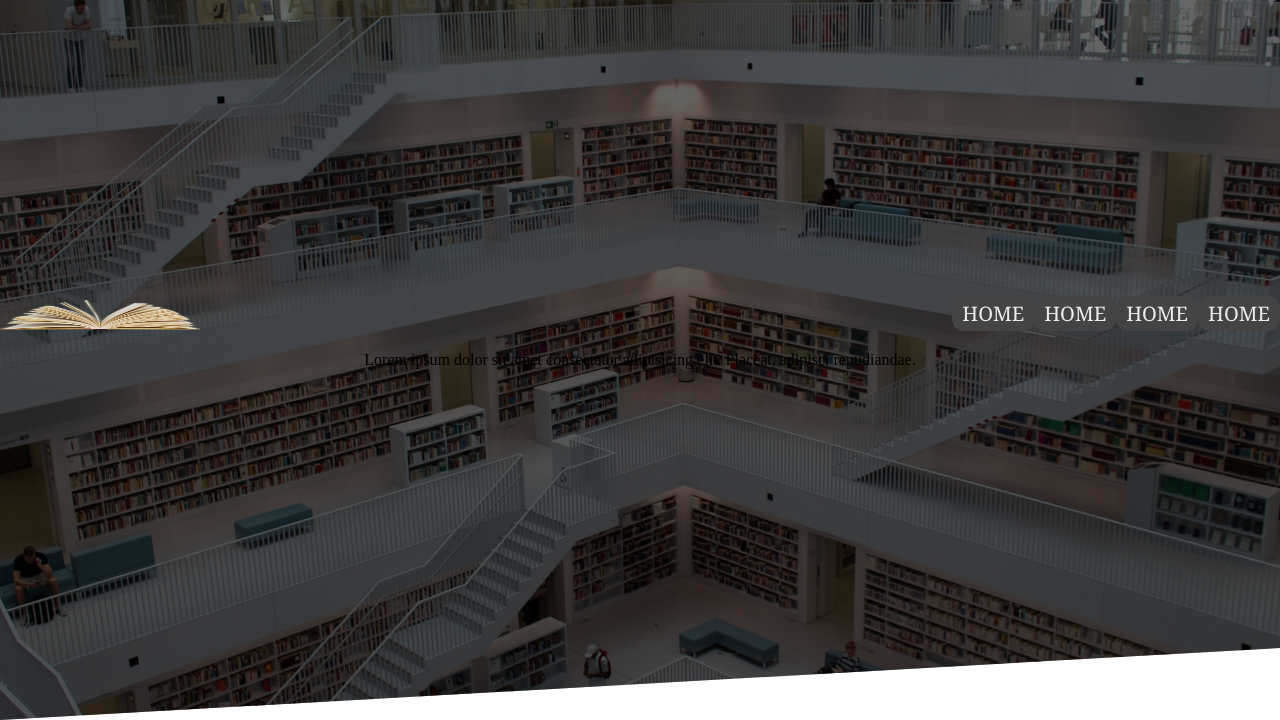
Repository: imedakrouti/BookStore
Page: ex.html
An editor plug-in stored every save of this project. The page is shown before and after the next save, followed by the edit.
The browser window is 1280 px wide. The pictures show the whole page.

Above is the page before, as saved 2020-05-06 21:50:24.

After the next save:
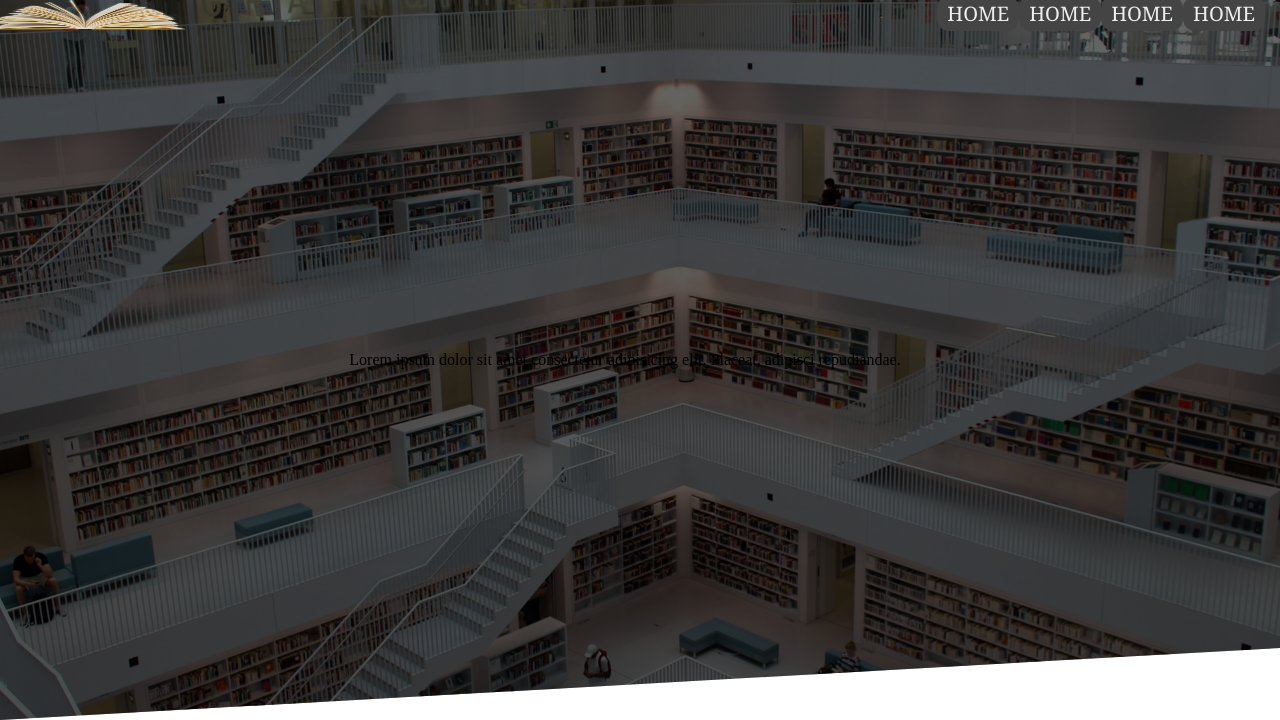
Saved 13 s later.
--- a/ex.html
+++ b/ex.html
@@ -18,7 +18,7 @@
     display: flex;
     align-items: center;
     justify-content: center;
-    padding: 300px;
+    padding-right: 30px;
   }
     .nav{
         align-self: start;
